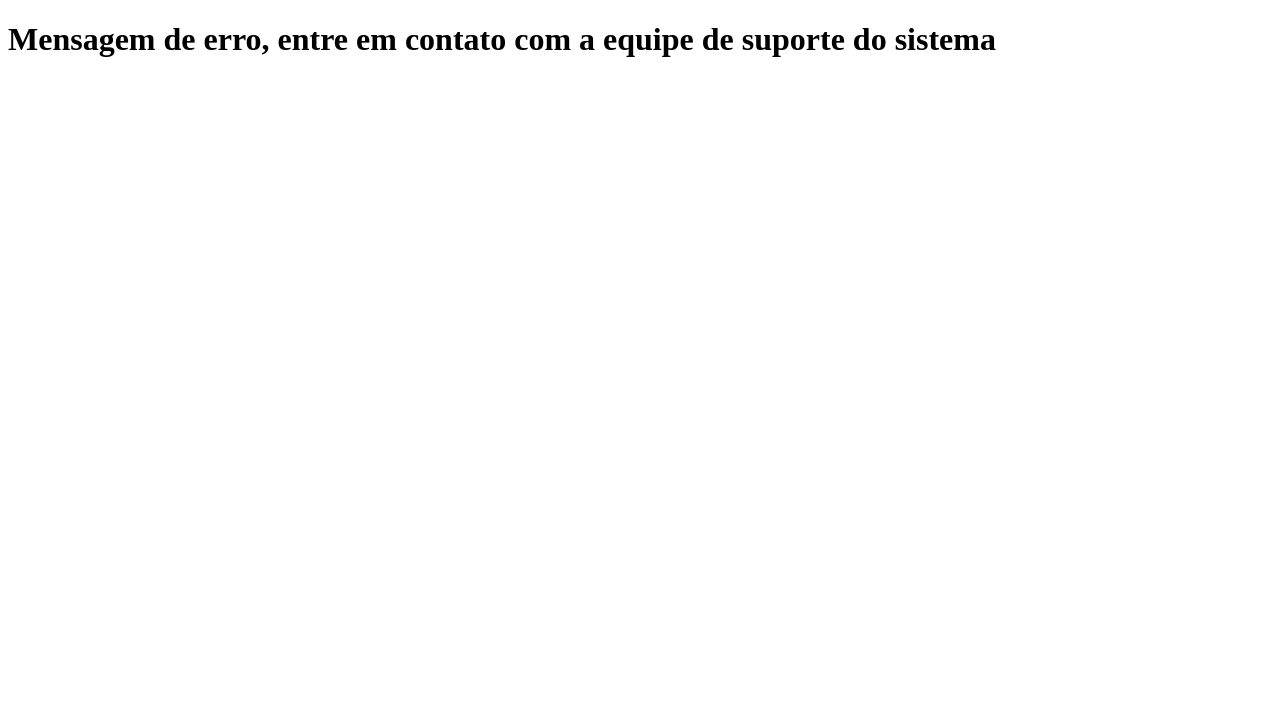
Repository: EduCarmo/PROJETO_JAVA-JSP_JDBC_SQL_JAVA
Page: http://localhost/curso-jsp/erro.jsp
These files come from the project's save history. The page is drawn as it stood at one moment and after the next save; the edit follows.
The browser window is 1280 px wide. The pictures show the whole page.
The page is served by Tomcat 10.

Above is the page before, as saved 2024-03-13 19:43:24.

After the next save:
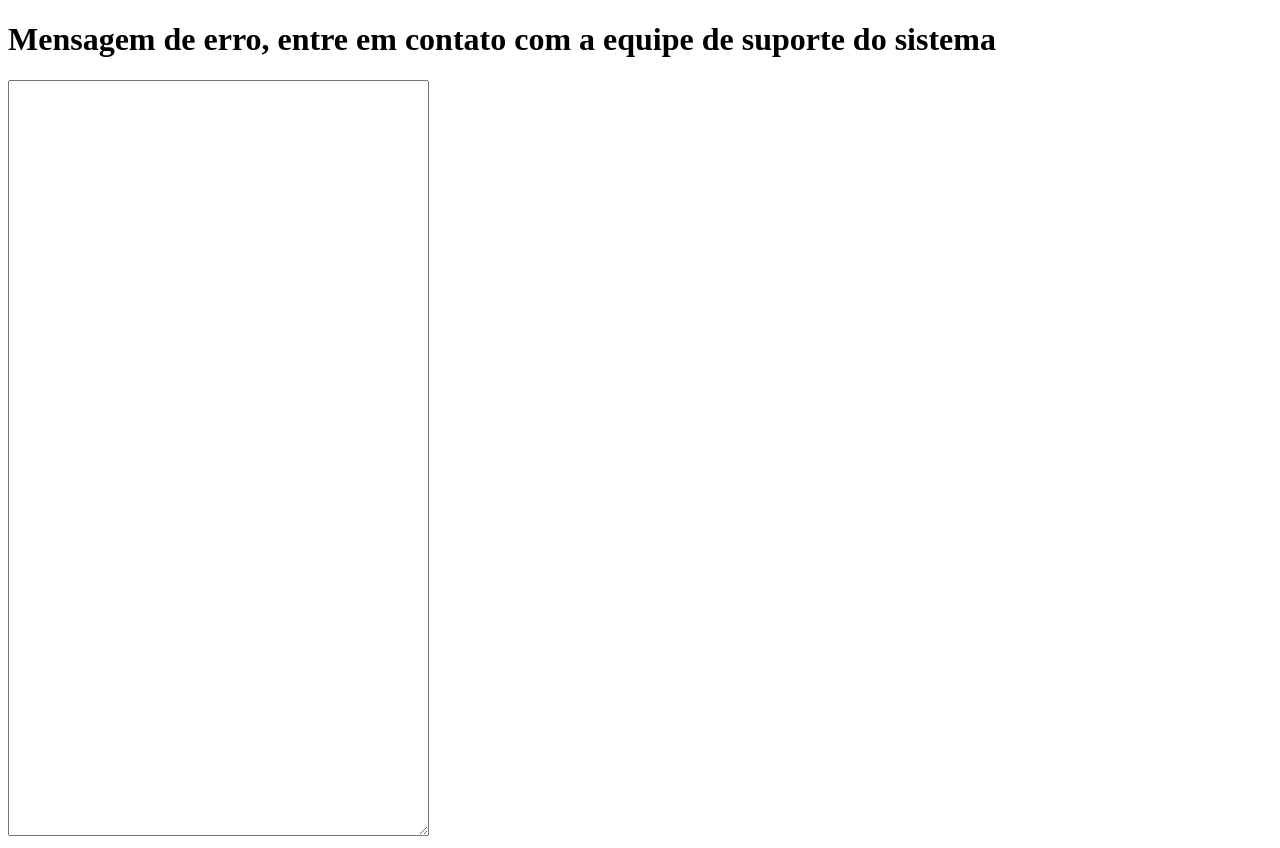
Saved 88 s later.
--- a/curso-jsp/src/main/webapp/erro.jsp
+++ b/curso-jsp/src/main/webapp/erro.jsp
@@ -8,5 +8,6 @@
 </head>
 <body>
 <h1>Mensagem de erro, entre em contato com a equipe de suporte do sistema</h1>
+<textarea rows="50" cols="50">${msg}</textarea>
 </body>
 </html>
